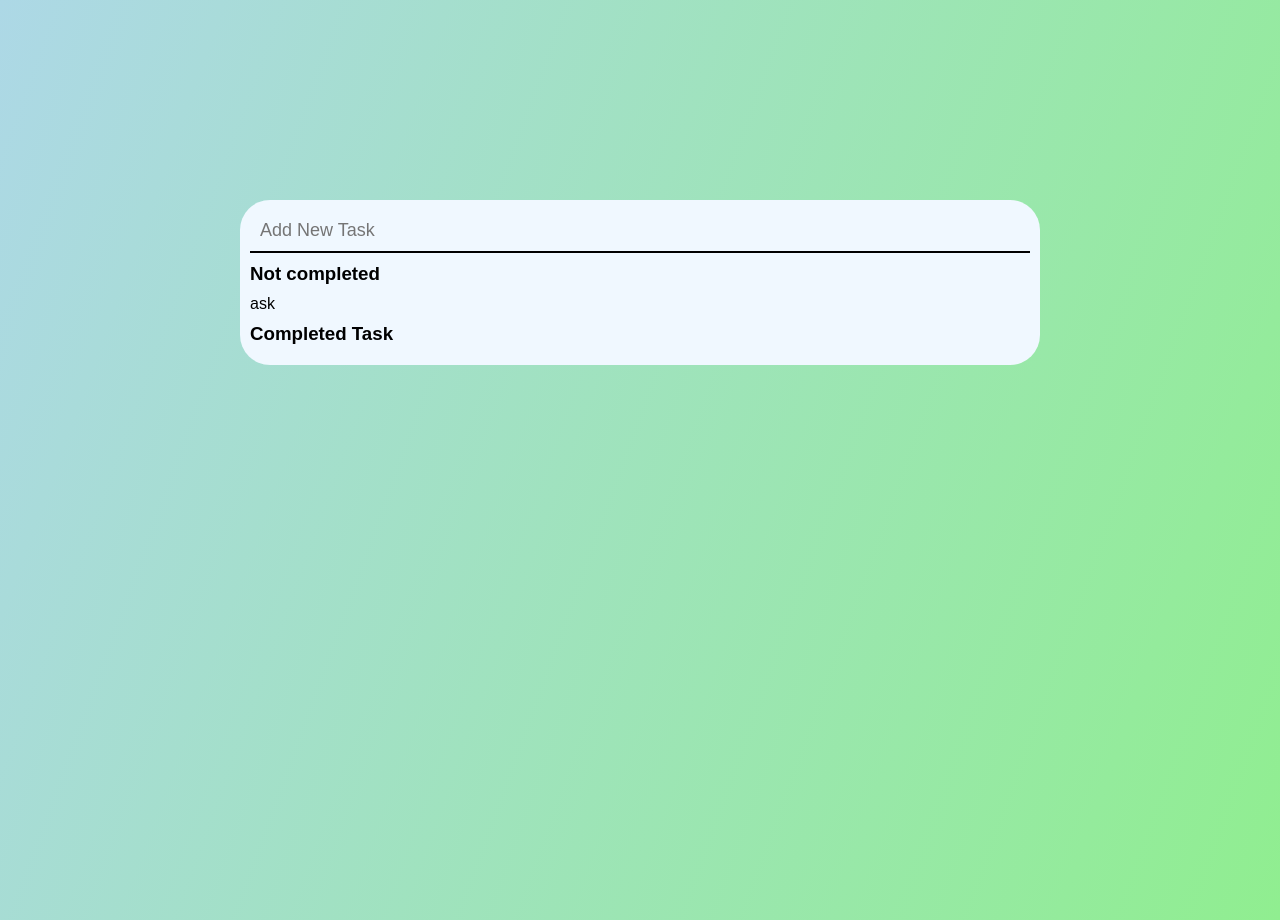
Repository: Mayur2905/OIBSIP
Page: Task-6/index.html
These files come from the project's save history. The page is drawn as it stood at one moment and after the next save; the edit follows.
The browser window is 1280 px wide. The pictures show the whole page.

Above is the page before, as saved 2022-02-05 21:00:55.

After the next save:
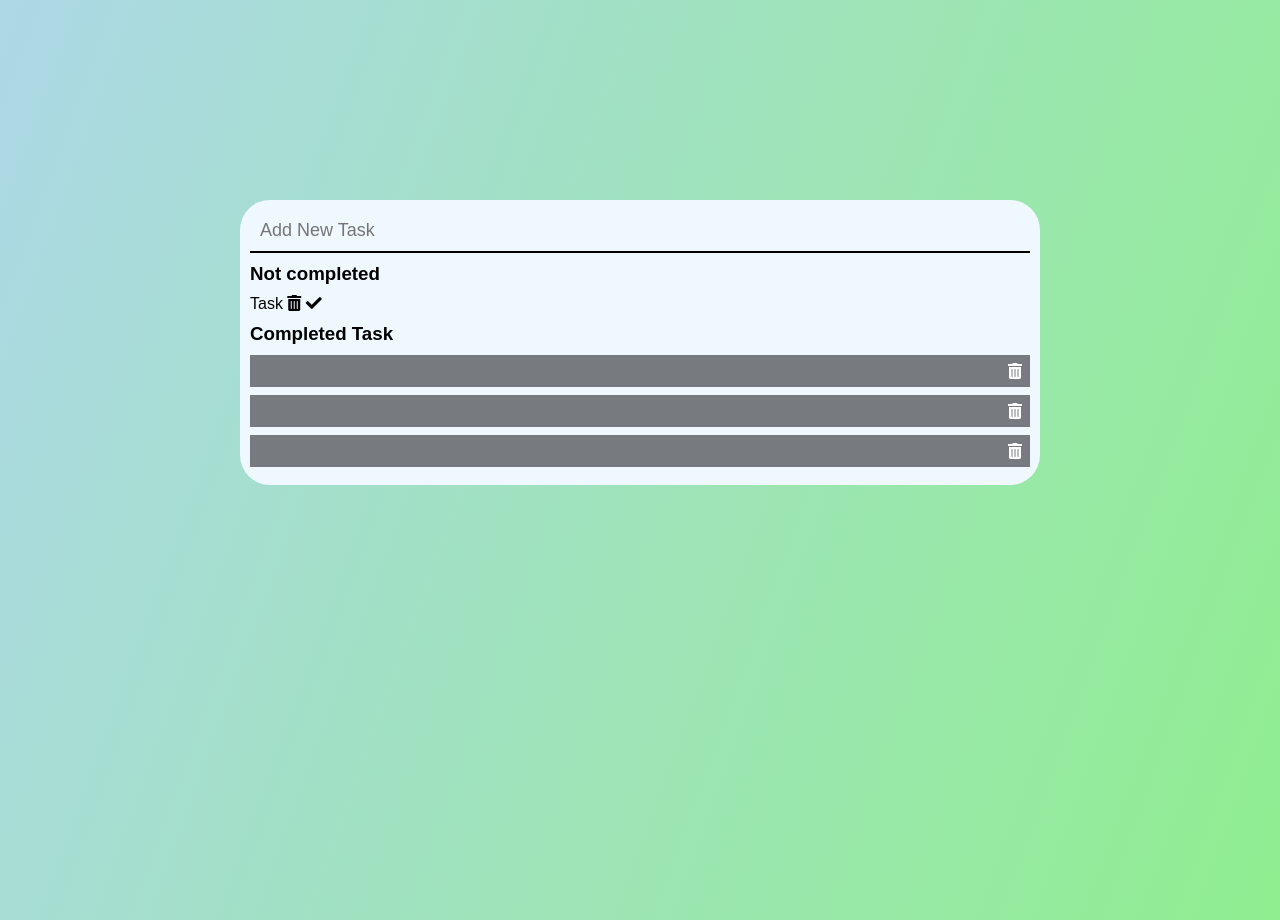
Saved 96 s later.
--- a/Task-6/index.html
+++ b/Task-6/index.html
@@ -14,12 +14,21 @@
         <input type="text" class="textb" placeholder="Add New Task">
         <div class="notdone">
             <h3>Not completed</h3>
-            ask
-
+            Task
+            <i class='fas fa-trash-alt'></i>
+            <i class='fas fa-check'></i>
         </div>
         <div class="complete">
             <h3>Completed Task</h3>
-
+            <div class="task">
+                <i class='fas fa-trash-alt'></i>
+            </div>
+            <div class="task">
+                <i class='fas fa-trash-alt'></i>
+            </div>
+            <div class="task">
+                <i class='fas fa-trash-alt'></i>
+            </div>
         </div>
     </div>
 </body>
